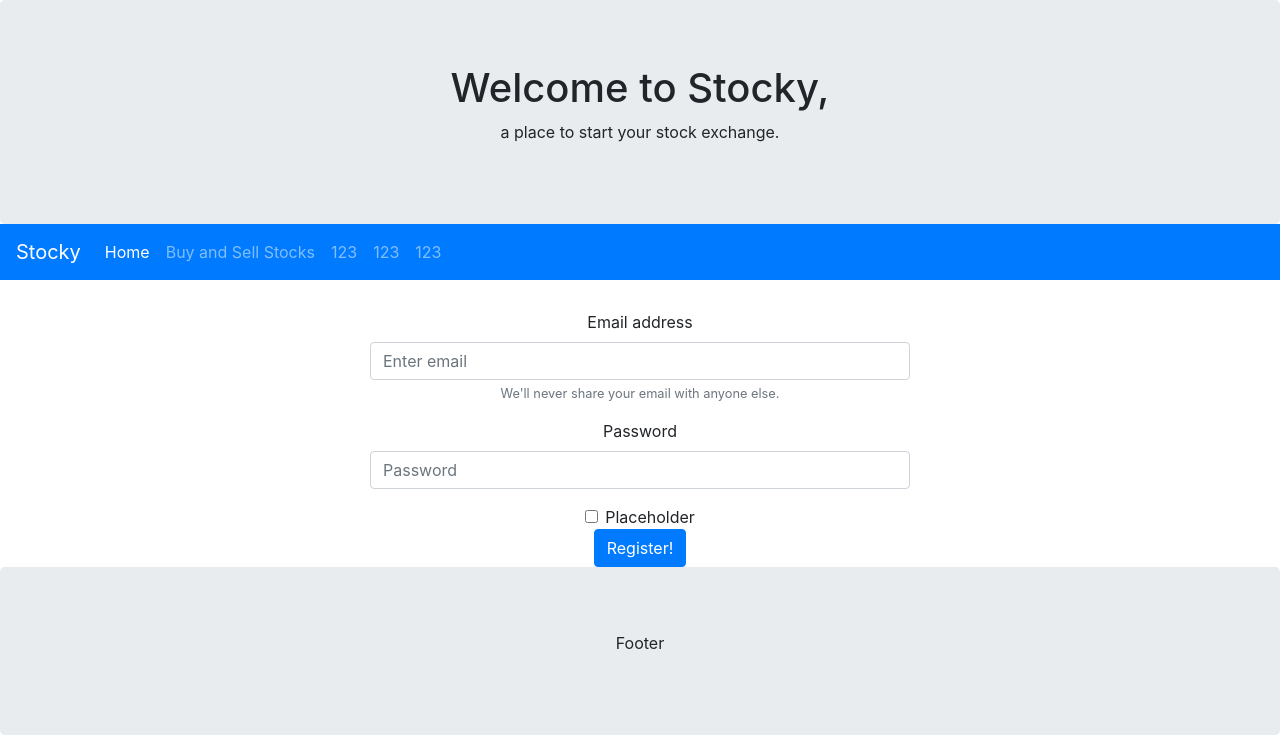
Repository: madfufuu/stocky
Page: http://localhost/stocky/signup.jsp
These files come from the project's save history. The page is drawn as it stood at one moment and after the next save; the edit follows.
The browser window is 1280 px wide. The pictures show the whole page.
The page is served by Tomcat 9. Other server files are loaded and not shown.

Above is the page before, as saved 2019-11-27 21:44:17.

### stocky-new-master/stocky/WebContent/signup.jsp
<%@ page language="java" contentType="text/html; charset=UTF-8"
    pageEncoding="UTF-8"%>
<!DOCTYPE html>
<html lang="en">
<head>
	<!-- Required meta tags -->
    <meta charset="utf-8">
    <meta name="viewport" content="width=device-width, initial-scale=1, shrink-to-fit=no">

	<!-- Bootstrap CSS -->
	<link rel="stylesheet" href="https://stackpath.bootstrapcdn.com/bootstrap/4.3.1/css/bootstrap.min.css" integrity="sha384-ggOyR0iXCbMQv3Xipma34MD+dH/1fQ784/j6cY/iJTQUOhcWr7x9JvoRxT2MZw1T" crossorigin="anonymous">
	<link rel="stylesheet" type="text/css" href="./style.css">

	<title>Registration</title>
</head>

<body>
	<div class="jumbotron text-center" style="margin-bottom:0">
  		<h1>Welcome to Stocky,</h1>
 		<p>a place to start your stock exchange.</p>
	</div>

	<nav class="navbar navbar-expand-lg navbar-dark bg-primary sticky-top">
  		<a class="navbar-brand" href="index.jsp">Stocky</a>
  		<button class="navbar-toggler" type="button" data-toggle="collapse" data-target="#navbarSupportedContent" aria-controls="navbarSupportedContent" aria-expanded="false" aria-label="Toggle navigation">
    		<span class="navbar-toggler-icon"></span>
  		</button>

  		<div class="collapse navbar-collapse" id="navbarSupportedContent">
			<ul class="navbar-nav mr-auto">
				<li class="nav-item active">
					<a class="nav-link" href="index.jsp">Home <span class="sr-only">(current)</span></a>
				</li>

				<li class="nav-item">
					<a class="nav-link" href="#">Buy and Sell Stocks</a>
				</li>

				<li class="nav-item">
					<a class="nav-link" href="#">123</a>
				</li>

				<li class="nav-item">
					<a class="nav-link" href="#">123</a>
				</li>

				<li class="nav-item">
					<a class="nav-link" href="#">123</a>
				</li>

			</ul>

		</div>
	</nav>

	<!-- <form id="signupForm" action="SignUpCheck" method="post">
		Email: <input type="text" name="email" /><br />
		<br />Password: <input type="password" name="password" /><br />
		<br />First Name: <input type="text" name="fname" /><br />
		<br />Last Name: <input type="text" name="lname" /><br />
		<br />Physical Address: <input type="text" name="paddress" /><br />
		<br /> <br />
		<br /> <input type="submit" />
	</form> -->

	<div class="container">
		<div class="row justify-content-center">
			<form action="SignUpCheck" method="post" class="col-sm-6"
				id="signupForm">
				<div class="form-group">
					<label for="exampleInputEmail1">Email address</label> <input
						type="email" class="form-control" id="exampleInputEmail1"
						aria-describedby="emailHelp" placeholder="Enter email"> <small
						id="emailHelp" class="form-text text-muted">We'll never
						share your email with anyone else.</small>
				</div>
				<div class="form-group">
					<label for="exampleInputPassword1">Password</label> <input
						type="password" class="form-control" id="exampleInputPassword1"
						placeholder="Password">
				</div>
				<div class="form-check">
					<input type="checkbox" class="form-check-input" id="exampleCheck1">
					<label class="form-check-label" for="exampleCheck1">Placeholder</label>
				</div>
				<button type="submit" class="btn btn-primary">Register!</button>
			</form>
		</div>
	</div>

	<div class="jumbotron text-center" style="margin-bottom:0">
		<p>Footer</p>
	</div>



	<!-- Optional JavaScript -->
    <!-- jQuery first, then Popper.js, then Bootstrap JS -->
	<script src="https://code.jquery.com/jquery-3.3.1.slim.min.js" integrity="sha384-q8i/X+965DzO0rT7abK41JStQIAqVgRVzpbzo5smXKp4YfRvH+8abtTE1Pi6jizo" crossorigin="anonymous"></script>
	<script src="https://cdnjs.cloudflare.com/ajax/libs/popper.js/1.14.7/umd/popper.min.js" integrity="sha384-UO2eT0CpHqdSJQ6hJty5KVphtPhzWj9WO1clHTMGa3JDZwrnQq4sF86dIHNDz0W1" crossorigin="anonymous"></script>
	<script src="https://stackpath.bootstrapcdn.com/bootstrap/4.3.1/js/bootstrap.min.js" integrity="sha384-JjSmVgyd0p3pXB1rRibZUAYoIIy6OrQ6VrjIEaFf/nJGzIxFDsf4x0xIM+B07jRM" crossorigin="anonymous"></script>
</body>
</html>

### stocky-new-master/stocky/WebContent/style.css
@charset "UTF-8";
#signin-form-card {
	width: 50%;
}

#signupForm{
	text-align: center;
	margin-top:  30px;
}

After the next save:
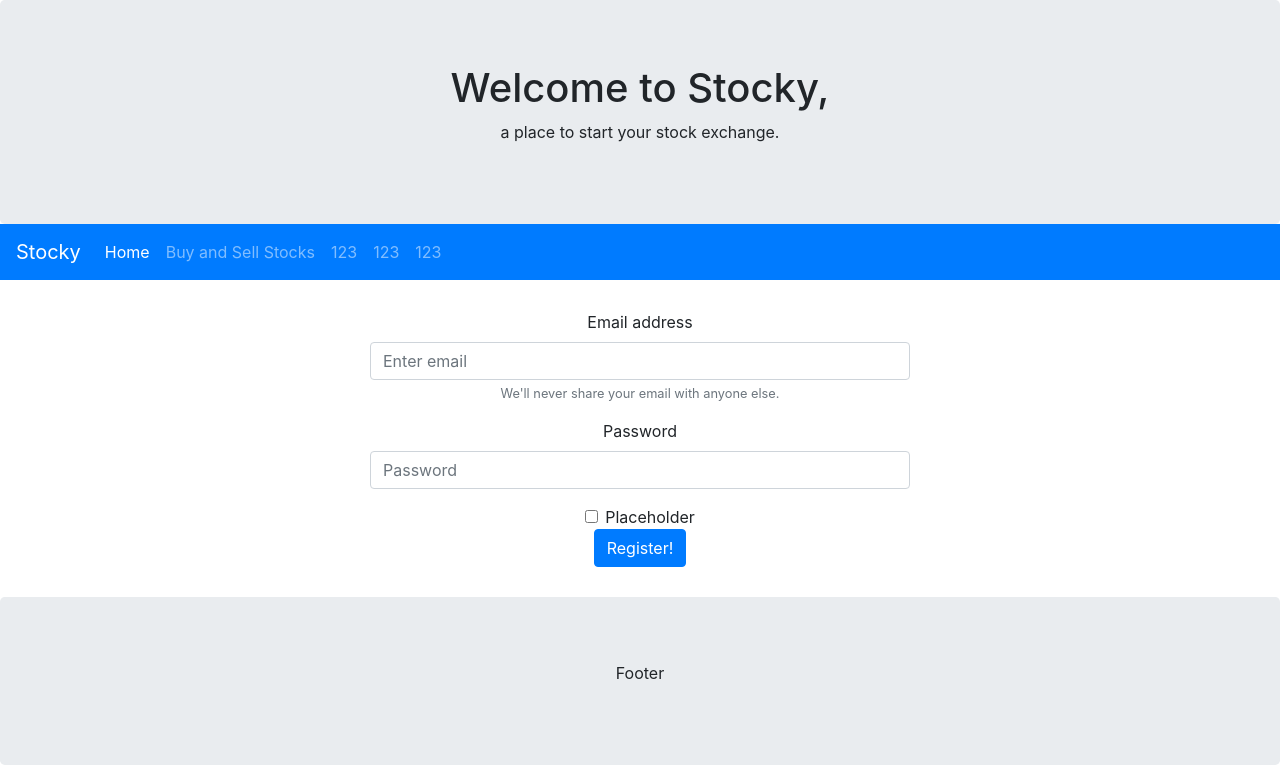
Saved 22 s later.
--- a/stocky-new-master/stocky/WebContent/style.css
+++ b/stocky-new-master/stocky/WebContent/style.css
@@ -6,4 +6,5 @@
 #signupForm{
 	text-align: center;
 	margin-top:  30px;
+	margin-bottom:  30px;
 }
